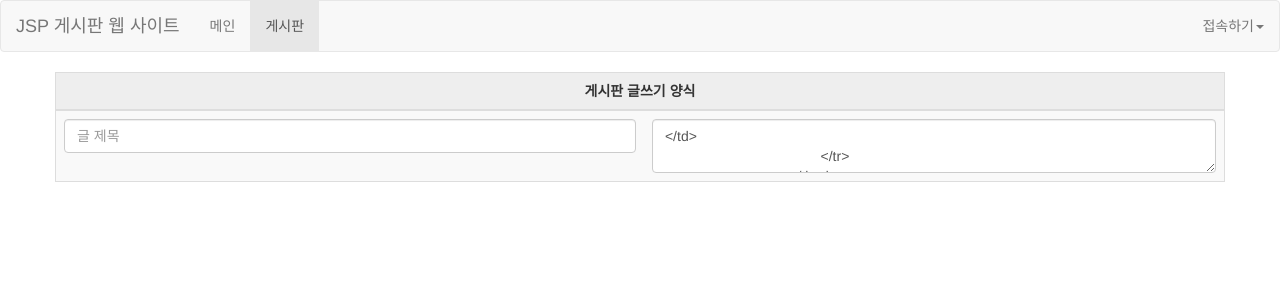
Repository: jsj961/bulletin-board-system
Page: http://localhost/BBS/write.jsp
The author's editor kept a copy of each file at every save. The page is drawn from the files as they stood at one save, then again after the next save.
The browser window is 1280 px wide. The pictures show the whole page.
Some web libraries are served in a nearby version. The page is served by Tomcat 9.

Above is the page before, as saved 2021-07-01 05:09:34.

After the next save:
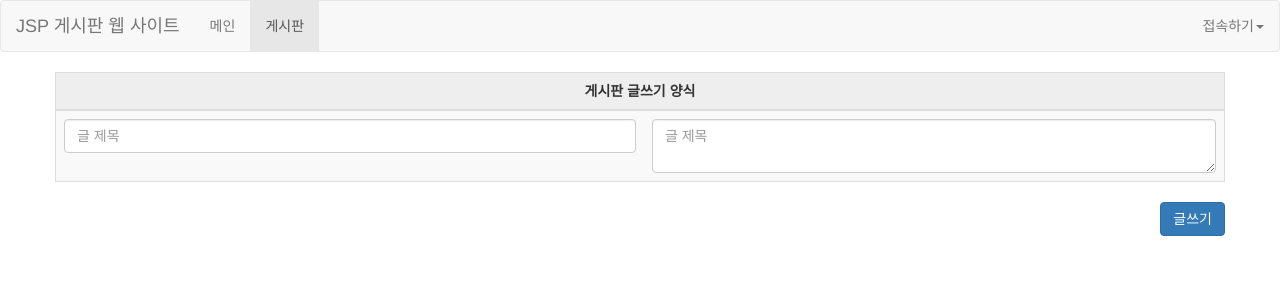
Saved 8 s later.
--- a/BBS/src/main/webapp/write.jsp
+++ b/BBS/src/main/webapp/write.jsp
@@ -75,7 +75,7 @@
 				<tbody>
 					<tr>
 						<td><input type="text" class="form-control" placeholder="글 제목" name="bbsTitle" maxlength="50"></td>
-						<td><textarea type="text" class="form-control" placeholder="글 제목" name="bbsTitle" maxlength="50"></td>
+						<td><textarea type="text" class="form-control" placeholder="글 제목" name="bbsTitle" maxlength="50"></textarea></td>
 					</tr>
 				</tbody>
 			</table>
